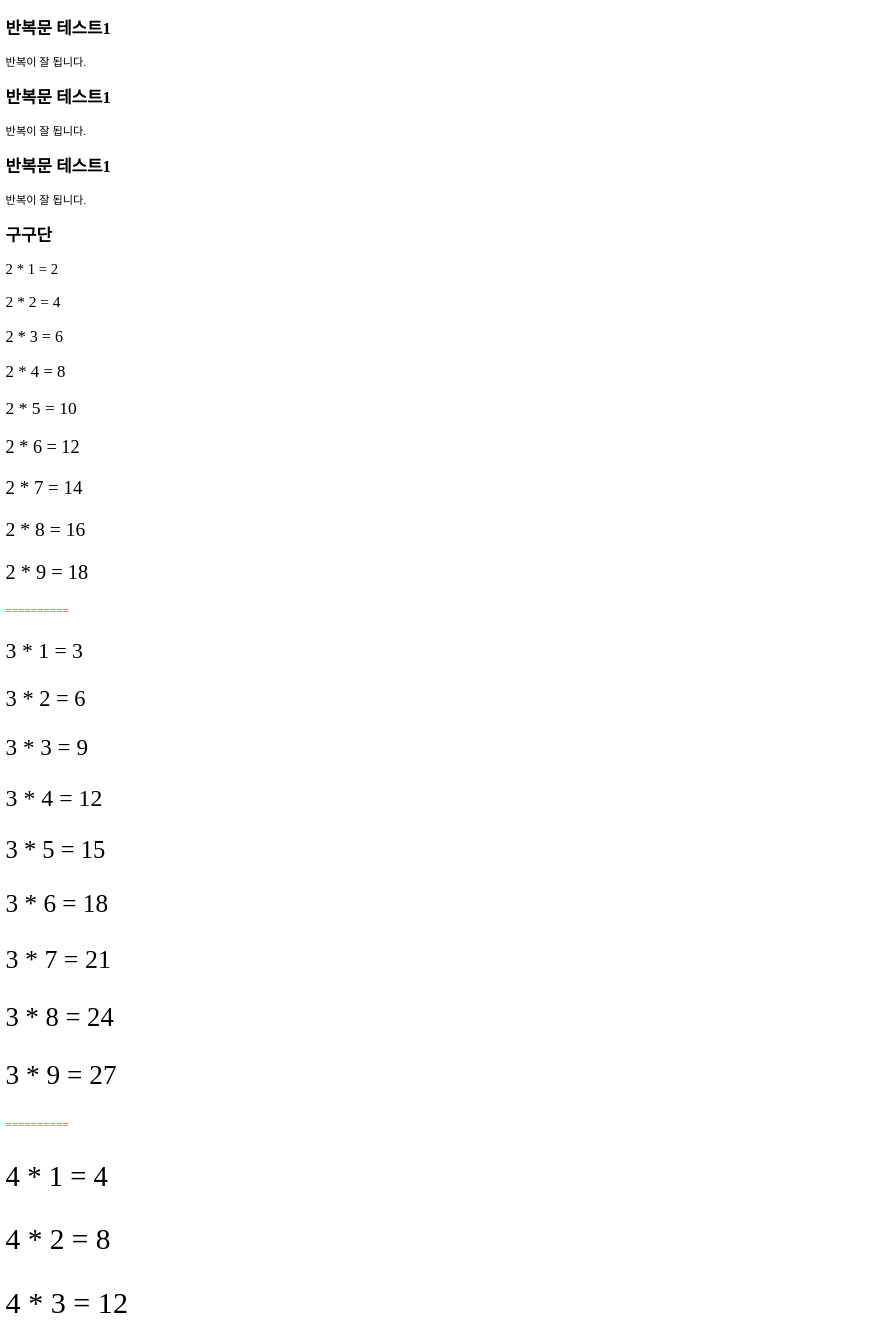
Repository: mickey530/jsp_practice
Page: http://localhost/JSPBasic/JspTag/Scriptlet.jsp
The author's editor kept a copy of each file at every save. The page is drawn from the files as they stood at one save, then again after the next save.
The browser window is 1280 px wide. The pictures show the part of the page from y = 0 to 1920 px (the page is 10311 px tall before and 9851 px after), at 70% of full size.
The page is served by Tomcat 9.

Above is the page before, as saved 2022-01-28 03:11:56.

After the next save:
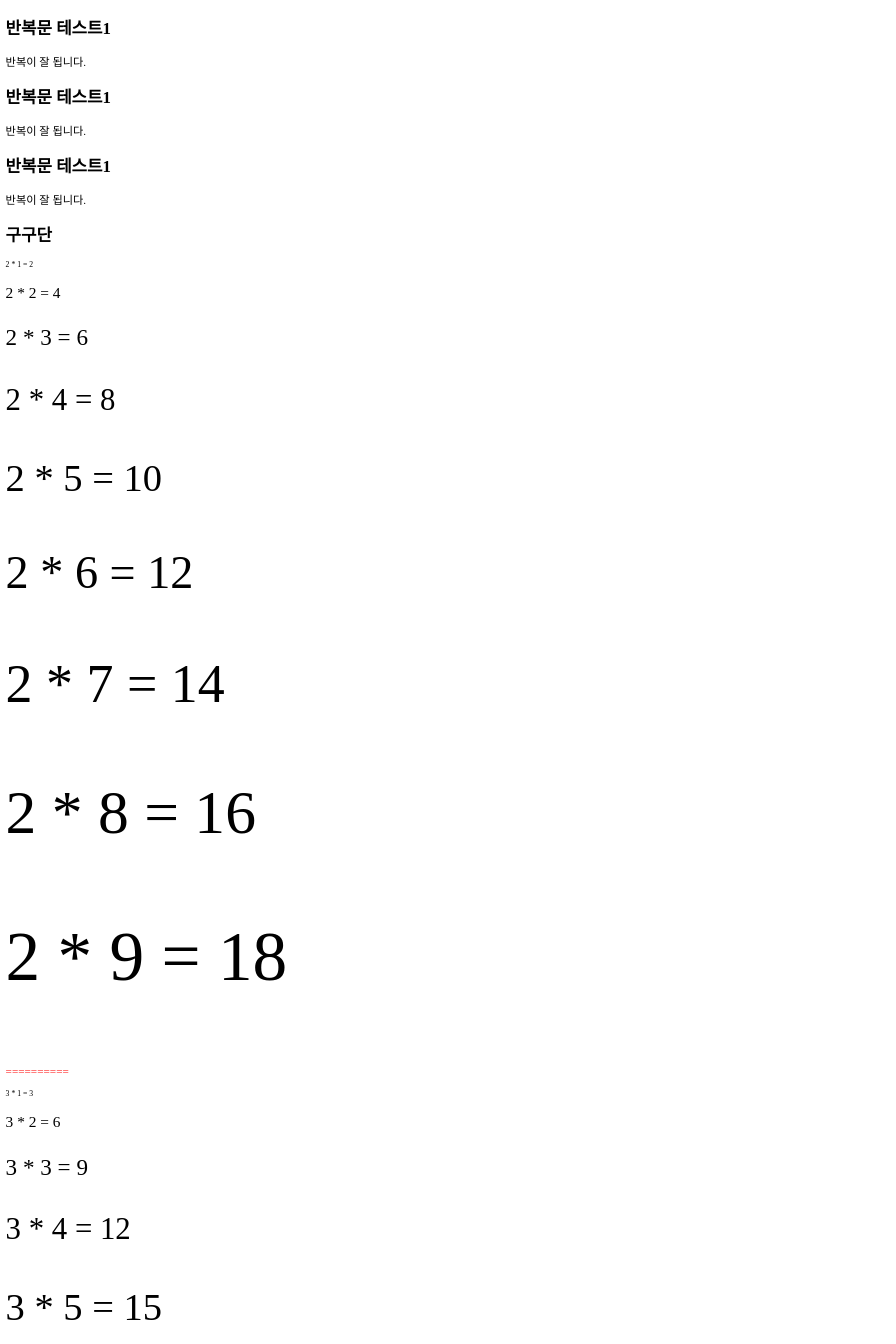
Saved 7 s later.
--- a/JSPBasic/src/main/webapp/JspTag/Scriptlet.jsp
+++ b/JSPBasic/src/main/webapp/JspTag/Scriptlet.jsp
@@ -24,7 +24,7 @@
 	<% for(int i = 2; i < 10; i++){
 
 		for(int j = 1; j < 10; j++){
-			out.println("<p style=font-size:"+ i+j + "px;>" + i + " * " + j +" = " + i*j + "</p>");
+			out.println("<p style=font-size:"+ j+j + "px;>" + i + " * " + j +" = " + i*j + "</p>");
 		}
 		out.println("<p style='color:red'>==========</p>");
 		}%>
